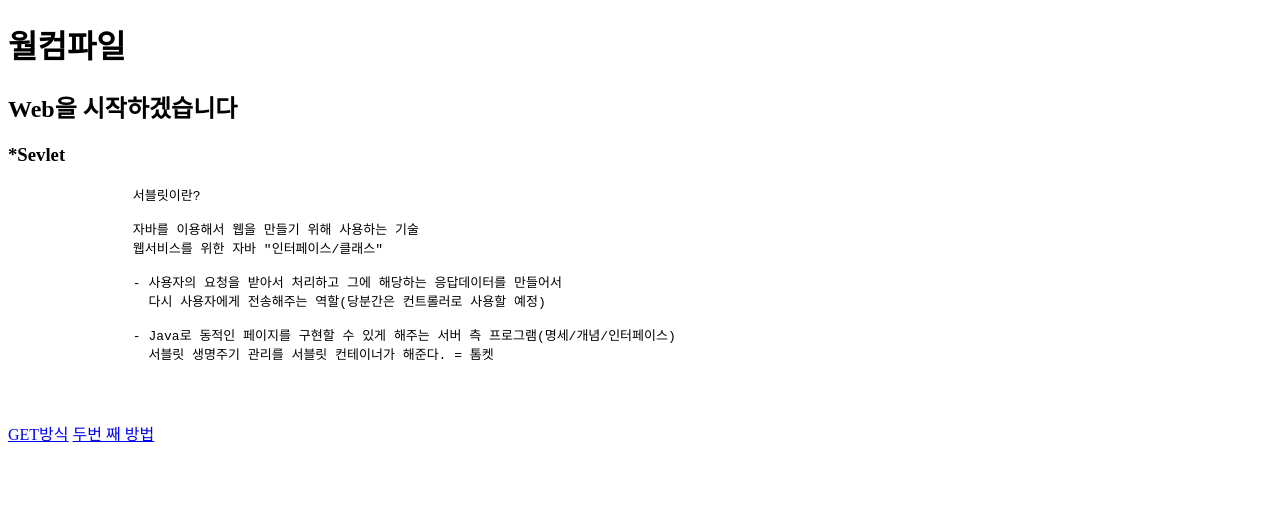
Repository: ham-zi/front-practice
Page: dynamic-workspace/MyFirstWebProject/src/main/webapp/index.html
An editor plug-in stored every save of this project. The page is shown before and after the next save, followed by the edit.
The browser window is 1280 px wide. The pictures show the whole page.

Above is the page before, as saved 2026-05-04 03:34:40.

After the next save:
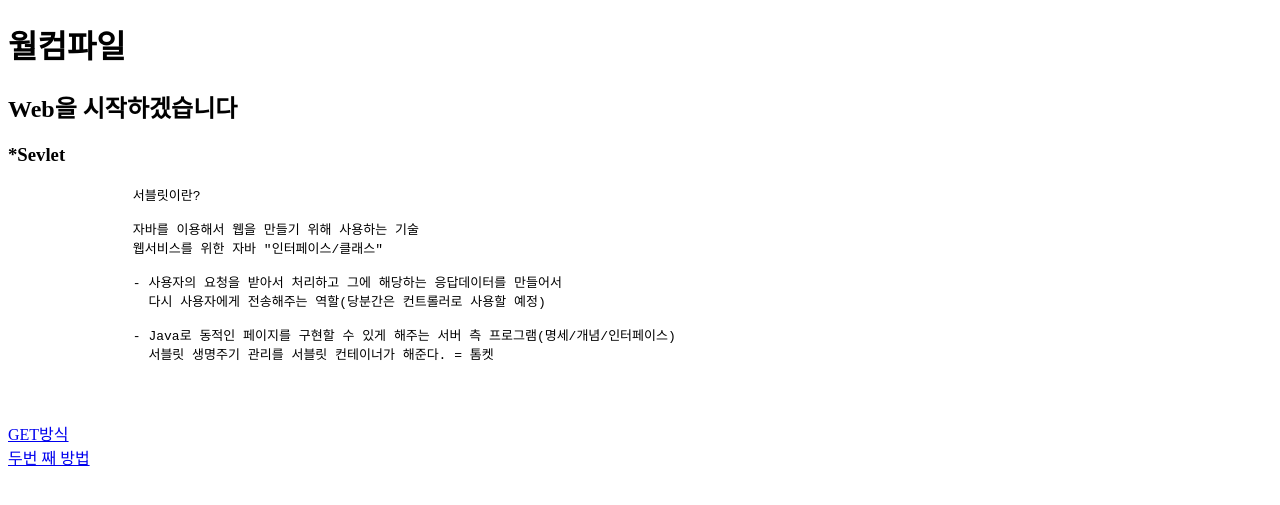
Saved 13 s later.
--- a/dynamic-workspace/MyFirstWebProject/src/main/webapp/index.html
+++ b/dynamic-workspace/MyFirstWebProject/src/main/webapp/index.html
@@ -74,7 +74,7 @@
 
 	</pre>
 
-	<a href="http://localhost:8088/first/views/request_get.html">GET방식</a>
+	<a href="http://localhost:8088/first/views/request_get.html">GET방식</a> <br>
 	<a href="views/request_get.html">두번 째 방법</a>
 	<!-- 두가지 요청 방법이 있음
 		1. (절대경로) http://localhost:8088/first/views/request_get.html
